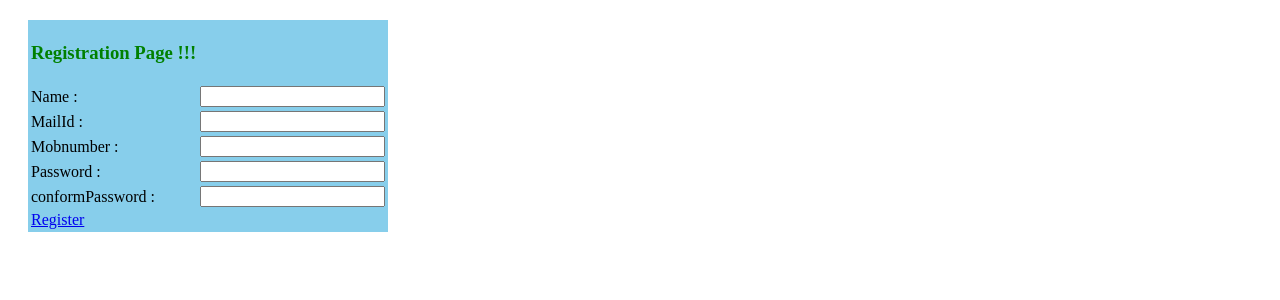
Repository: priyagund/jspServlet
Page: http://localhost/MyFirstLogin/register.jsp
These files come from the project's save history. The page is drawn as it stood at one moment and after the next save; the edit follows.
The browser window is 1280 px wide. The pictures show the whole page.
The page is served by Tomcat 9.

Above is the page before, as saved 2019-10-10 11:53:49.

After the next save:
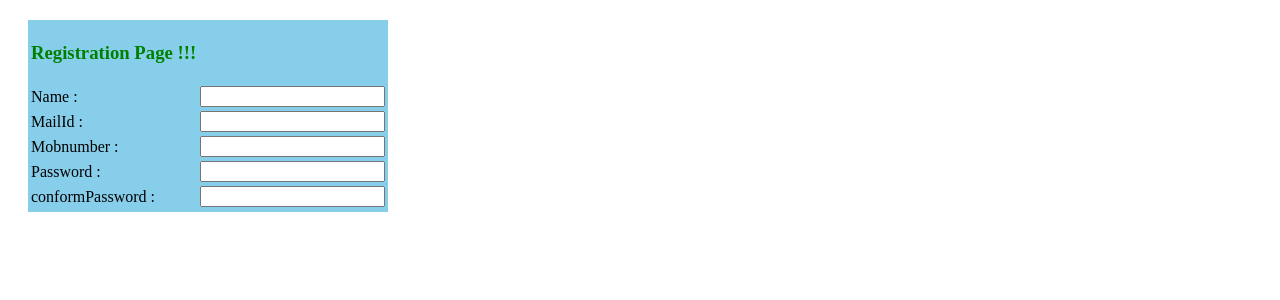
Saved 60 s later.
--- a/MyFirstLogin/WebContent/register.jsp
+++ b/MyFirstLogin/WebContent/register.jsp
@@ -37,7 +37,7 @@
 		</tr>
 		<tr>
 
-			<td><a href="welcome.jsp">Register</a></td>
+
 		</tr>
 	</table>
 
